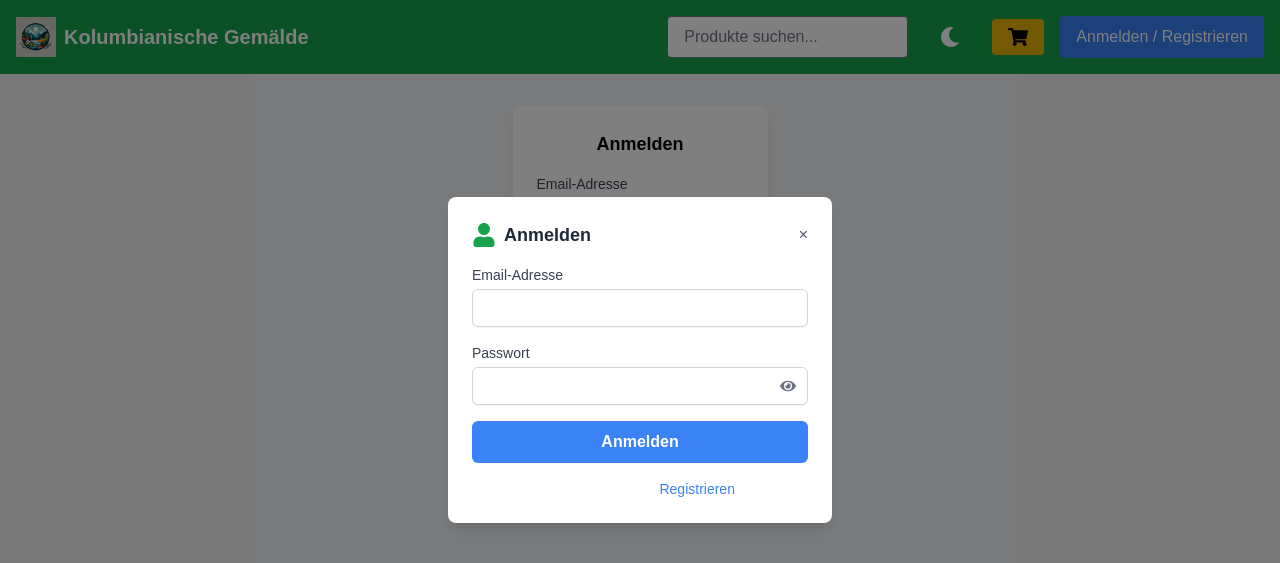
Repository: alixchaparrov/bilder-shop
Page: /, after clicking the first element matching `button.bg-blue-500`
These files come from the project's save history. The page is drawn as it stood at one moment and after the next save; the edit follows.
The browser window is 1280 px wide. The pictures show the whole page.
The page's requests for data from a server got no answer. The project was rebuilt for these pictures with package versions that can differ from the ones it lists, and the page was loaded fresh each time. The framework's server and built-in components were replaced by stand-ins that run in the browser. No one was signed in, and anything a server would have sent is missing. Also part of the build but not shown: next.config.ts, src/store/cartStore.ts, src/app/components/ProductCard.tsx.

Above is the page before, as saved 2025-01-06 17:29:57.

### src/app/layout.tsx
"use client";

import "./globals.css";
import { AuthProvider } from "../context/AuthContext";

export default function RootLayout({
  children,
}: {
  children: React.ReactNode;
}) {
  return (
    <html lang="de">
      <head>
        <title>Kolumbianische Gemälde</title>
        <meta
          name="description"
          content="Galerie von kolumbianischen Landschaftsgemälden. Entdecken Sie die Schönheit Kolumbiens durch unsere einzigartigen Kunstwerke."
        />
        <meta
          name="keywords"
          content="Kolumbianische Kunst, Landschaftsgemälde, Gemälde kaufen"
        />
        <link rel="icon" href="/favicon.ico" />
      </head>
      <body>
        <AuthProvider>
          {children}
        </AuthProvider>
      </body>
    </html>
  );
}

### src/app/page.tsx
"use client";

import { useState, useEffect } from "react";
import client from "@/lib/sanity";
import ProductCard from "@/app/components/ProductCard";
import Navbar from "@/app/components/Navbar";
import { useCartStore } from "@/store/cartStore";
import { useAuth } from "../context/AuthContext";

export default function Home() {
  const [searchQuery, setSearchQuery] = useState(""); // Estado para la búsqueda
  const [darkMode, setDarkMode] = useState(false); // Estado para modo oscuro
  const [products, setProducts] = useState([]); // Estado para los productos
  const { user, login, register } = useAuth(); // Contexto de autenticación
  const [currentPage, setCurrentPage] = useState(1); // Estado para la paginación
  const itemsPerPage = 6; // Número de productos por página
  const [email, setEmail] = useState("");
  const [password, setPassword] = useState("");
  const [error, setError] = useState<string | null>(null);

  useEffect(() => {
    const fetchProducts = async () => {
      try {
        const fetchedProducts = await client.fetch(`*[_type == "product"]`);
        setProducts(fetchedProducts);
      } catch (err) {
        console.error("Error al cargar productos:", err);
      }
    };

    fetchProducts();
  }, []);

  const handleLogin = async (e: React.FormEvent) => {
    e.preventDefault();
    setError(null);
    try {
      await login(email, password);
    } catch (err: any) {
      setError(err.message || "Error al iniciar sesión.");
    }
  };

  const filteredProducts = products.filter((product) =>
    product.name.toLowerCase().includes(searchQuery.toLowerCase())
  );

  const totalPages = Math.ceil(filteredProducts.length / itemsPerPage);

  const displayedProducts = filteredProducts.slice(
    (currentPage - 1) * itemsPerPage,
    currentPage * itemsPerPage
  );

  if (!user) {
    // Mostrar formulario de inicio de sesión
    return (
      <div
        className={`min-h-screen flex flex-col ${
          darkMode ? "bg-gray-900 text-white" : "bg-gray-100 text-black"
        }`}
      >
        <Navbar
          searchQuery={searchQuery}
          setSearchQuery={setSearchQuery}
          toggleDarkMode={() => setDarkMode(!darkMode)}
          darkMode={darkMode}
        />
        <main className="flex-grow pt-24 p-4 sm:p-8 max-w-7xl mx-auto">
          <div className="bg-white rounded-lg shadow-lg p-6 w-full max-w-sm mx-auto">
            <h2 className="text-lg font-semibold text-center mb-4">Anmelden</h2>
            {error && <p className="text-red-500 text-sm">{error}</p>}
            <form onSubmit={handleLogin} className="space-y-4">
              <div>
                <label htmlFor="email" className="block text-sm font-medium text-gray-700">
                  Email-Adresse
                </label>
                <input
                  id="email"
                  type="email"
                  placeholder="Email"
                  value={email}
                  onChange={(e) => setEmail(e.target.value)}
                  className="mt-1 block w-full rounded-md border-gray-300 shadow-sm focus:ring-blue-500 focus:border-blue-500 sm:text-sm"
                  required
                />
              </div>
              <div>
                <label htmlFor="password" className="block text-sm font-medium text-gray-700">
                  Passwort
                </label>
                <input
                  id="password"
                  type="password"
                  placeholder="Passwort"
                  value={password}
                  onChange={(e) => setPassword(e.target.value)}
                  className="mt-1 block w-full rounded-md border-gray-300 shadow-sm focus:ring-blue-500 focus:border-blue-500 sm:text-sm"
                  required
                />
              </div>
              <button
                type="submit"
                className="w-full bg-blue-500 hover:bg-blue-600 text-white font-semibold py-2 rounded-md focus:outline-none"
              >
                Anmelden
              </button>
            </form>
          </div>
        </main>
      </div>
    );
  }

  // Mostrar productos si el usuario está autenticado
  return (
    <div
      className={`min-h-screen flex flex-col ${
        darkMode ? "bg-gray-900 text-white" : "bg-gray-100 text-black"
      }`}
    >
      <Navbar
        searchQuery={searchQuery}
        setSearchQuery={setSearchQuery}
        toggleDarkMode={() => setDarkMode(!darkMode)}
        darkMode={darkMode}
      />
      <main className="flex-grow pt-24 p-4 sm:p-8 max-w-7xl mx-auto">
        <h2 className="text-2xl sm:text-3xl lg:text-4xl font-semibold text-center mb-6">
          Unsere Gemälde
        </h2>
        {filteredProducts.length > 0 ? (
          <div className="grid grid-cols-1 sm:grid-cols-2 lg:grid-cols-3 gap-6">
            {displayedProducts.map((product) => (
              <ProductCard key={product._id} product={product} />
            ))}
          </div>
        ) : (
          <p className="text-center text-gray-500">Keine Produkte gefunden.</p>
        )}

        <div className="flex justify-center items-center mt-8 space-x-4">
          <button
            className="bg-gray-300 px-4 py-2 rounded-lg"
            disabled={currentPage === 1}
            onClick={() => setCurrentPage(1)}
          >
            Inicio
          </button>
          <button
            className="bg-gray-300 px-4 py-2 rounded-lg"
            disabled={currentPage === 1}
            onClick={() => setCurrentPage(currentPage - 1)}
          >
            Anterior
          </button>
          <span>
            Página {currentPage} de {totalPages}
          </span>
          <button
            className="bg-gray-300 px-4 py-2 rounded-lg"
            disabled={currentPage === totalPages}
            onClick={() => setCurrentPage(currentPage + 1)}
          >
            Siguiente
          </button>
          <button
            className="bg-gray-300 px-4 py-2 rounded-lg"
            disabled={currentPage === totalPages}
            onClick={() => setCurrentPage(totalPages)}
          >
            Final
          </button>
        </div>
      </main>
    </div>
  );
}

### src/app/globals.css
@tailwind base;
@tailwind components;
@tailwind utilities;

/* Variables de color */
:root {
  --background: #ffffff; /* Fondo claro */
  --foreground: #000000; /* Texto oscuro */
  --primary: #00704A; /* Verde primario */
  --secondary: #FFB400; /* Amarillo vibrante */
  --accent: #D62828; /* Rojo cálido */
}

.dark {
  --background: #000000; /* Fondo oscuro */
  --foreground: #ffffff; /* Texto claro */
  --primary: #34D399; /* Verde más claro para fondo oscuro */
  --secondary: #FACC15; /* Amarillo claro para fondo oscuro */
  --accent: #EF4444; /* Rojo vibrante */
}

@media (prefers-color-scheme: dark) {
  :root {
    --background: #0a0a0a;
    --foreground: #ededed;
  }
}

/* Estilo general */
body {
  color: var(--foreground);
  background: var(--background);
  font-family: Arial, Helvetica, sans-serif;
  line-height: 1.6; /* Mejor legibilidad */
}

/* Espaciado adicional */
main {
  padding-top: 6rem; /* Más espacio debajo de la barra de navegación */
}

/* Botones */
.btn-primary {
  @apply px-4 py-2 font-bold rounded transition duration-300;
}

.btn-green {
  @apply bg-green-500 text-white px-4 py-2 rounded-lg hover:bg-green-600 active:scale-95 shadow-sm;
}

.btn-yellow {
  @apply bg-yellow-500 text-black px-4 py-2 rounded-lg hover:bg-yellow-600 active:scale-95 shadow-sm;
}

.btn-gray {
  @apply bg-gray-600 text-gray-400 opacity-50 cursor-not-allowed shadow-none px-4 py-2;
}

/* Botón del carrito */
.cart-button {
  @apply relative flex items-center justify-center p-2 rounded-full bg-yellow-500 hover:bg-yellow-600 transition-colors duration-300 shadow-md;
}

.cart-counter {
  @apply absolute -top-1 -right-1 bg-red-500 text-white rounded-full w-6 h-6 flex items-center justify-center text-sm font-bold shadow-lg;
}

/* Iconos */
.icon-cart {
  @apply flex items-center justify-center rounded-full p-2 shadow-md;
  background-color: var(--secondary);
  color: var(--foreground);
  transition: transform 0.3s;
}

.icon-cart:hover {
  @apply scale-105;
}

.icon-cart-badge {
  @apply absolute bg-red-500 text-white rounded-full flex items-center justify-center text-xs font-bold;
  width: 1.5rem;
  height: 1.5rem;
  top: -0.5rem;
  right: -0.5rem;
  box-shadow: 0 2px 4px rgba(0, 0, 0, 0.2);
}

/* Modal del carrito */
.modal-overlay {
  @apply fixed inset-0 bg-black bg-opacity-60 flex justify-center items-center z-50;
}

.modal-content {
  @apply bg-white text-black dark:bg-gray-800 dark:text-gray-200 p-6 rounded-lg shadow-lg max-w-lg w-full;
}

.modal-content .text-lg {
  font-size: 1.125rem;
}

.modal-content .text-xl {
  font-size: 1.25rem;
  font-weight: bold;
  color: var(--primary); /* Usa tu color principal */
}


.modal-header {
  @apply text-lg font-bold mb-4 text-center;
}

.modal-close {
  @apply mt-4 w-full bg-gray-800 text-white py-2 rounded hover:bg-gray-700 dark:bg-gray-600 dark:hover:bg-gray-500;
}

/* Estilo para las tarjetas */
.card {
  @apply bg-card shadow-card rounded-lg overflow-hidden flex flex-col transition-transform duration-300 hover:scale-105 hover:shadow-lg;
}

.card-title {
  @apply text-lg sm:text-xl font-serif font-bold;
}

.card-description {
  @apply text-sm sm:text-base text-gray-600;
}

.card-price {
  @apply text-lg font-semibold text-accent mt-2;
}

.cart-button {
  @apply relative flex items-center justify-center p-2 rounded-full bg-yellow-500 hover:bg-yellow-600 transition-colors duration-300 shadow-md;
}

.cart-counter {
  @apply absolute -top-1 -right-1 bg-red-500 text-white rounded-full w-6 h-6 flex items-center justify-center text-sm font-bold shadow-lg;
}

/* Estilo para inputs */
input[type="text"] {
  @apply px-4 py-2 rounded border focus:outline-none focus:ring-2 focus:ring-secondary;
  transition: box-shadow 0.3s;
  color: #000 !important;
}

/* Transiciones suaves */
button {
  transition: transform 0.3s ease, background-color 0.3s ease, color 0.3s ease;
}

button:hover {
  transform: translateY(-2px);
}

button:active {
  transform: scale(0.95);
}

/* Contenedor de las tarjetas */
.grid-container {
  @apply gap-8;
}


/* Ajustes específicos para el diseño */
.navbar {
  @apply bg-primary text-textLight fixed top-0 left-0 right-0 z-50 flex justify-between items-center p-4;
}

.navbar input {
  @apply bg-white border-gray-300 rounded px-4 py-2 focus:outline-none focus:ring-2 focus:ring-secondary;
}

.footer {
  @apply bg-gray-800 text-white text-center py-6;
}

.modal {
  position: fixed; /* Para que esté fijo en la pantalla */
  top: 50%; /* Centrar verticalmente */
  left: 50%; /* Centrar horizontalmente */
  transform: translate(-50%, -50%); /* Ajuste para centrar correctamente */
  z-index: 1000; /* Asegúrate de que esté encima de otros elementos */
  background-color: white; /* Fondo del modal */
  padding: 20px; /* Espaciado interno */
  border-radius: 10px; /* Bordes redondeados */
  box-shadow: 0 4px 6px rgba(0, 0, 0, 0.1); /* Sombra */
  width: 90%; /* Ajusta el ancho según lo que necesites */
  max-width: 400px; /* Ancho máximo */
}

.modal-overlay {
  position: fixed;
  top: 0;
  left: 0;
  width: 100%;
  height: 100%;
  background: rgba(0, 0, 0, 0.6); /* Fondo semitransparente */
  display: flex;
  justify-content: center;
  align-items: center;
  z-index: 999; /* Por encima de todo */
}

.modal-content {
  background: white;
  border-radius: 10px; /* Bordes redondeados */
  box-shadow: 0 4px 12px rgba(0, 0, 0, 0.15); /* Sombra */
  padding: 20px;
  width: 90%; /* Asegura que se adapte a pantallas pequeñas */
  max-width: 400px; /* Ancho máximo */
  animation: fadeIn 0.3s ease-in-out; /* Animación */
}


@keyframes fadeIn {
  from {
    opacity: 0;
    transform: scale(0.9);
  }
  to {
    opacity: 1;
    transform: scale(1);
  }
}

.modal-close {
  position: absolute;
  top: 10px;
  right: 10px;
  background: none;
  border: none;
  font-size: 1.5rem;
  cursor: pointer;
  color: #555;
  transition: color 0.2s;
}

.modal-close:hover {
  color: #000;
}

.link {
  display: block;
  text-align: center;
  margin-top: 10px; /* Espaciado superior opcional */
  font-size: 14px;
  color: #00704A;
  text-decoration: underline;
  cursor: pointer;
  transition: color 0.2s ease;
}

.link:hover {
  color: #005c3a;
}

.footer-link {
  display: block;
  text-align: center;
  margin-top: 1rem; /* Espaciado superior */
  width: 100%; /* Asegura que ocupe todo el ancho disponible */
}

### src/context/AuthContext.tsx
import { createContext, useContext, useState, ReactNode } from "react";

interface User {
  id: number;
  name: string;
  email: string;
  role: string;
}

interface AuthContextType {
  user: User | null;
  login: (email: string, password: string) => Promise<void>;
  register: (name: string, email: string, password: string) => Promise<void>;
  logout: () => void;
}

const AuthContext = createContext<AuthContextType | null>(null);

export const AuthProvider = ({ children }: { children: ReactNode }) => {
  const [user, setUser] = useState<User | null>(null);

  const login = async (email: string, password: string): Promise<void> => {
    try {
      const response = await fetch("/api/auth/nextauth", {
        method: "POST",
        headers: { "Content-Type": "application/json" },
        body: JSON.stringify({ email, password }),
      });

      if (!response.ok) {
        const error = await response.json();
        throw new Error(error.error);
      }

      const data = await response.json();
      setUser(data.user);
    } catch (error) {
      console.error("Error en login:", error);
      throw error;
    }
  };

  const register = async (
    name: string,
    email: string,
    password: string
  ): Promise<void> => {
    try {
      const response = await fetch("/api/register", {
        method: "POST",
        headers: { "Content-Type": "application/json" },
        body: JSON.stringify({ name, email, password }),
      });

      if (!response.ok) {
        const error = await response.json();
        throw new Error(error.error);
      }

      const data = await response.json();
      setUser(data.user); // Puedes decidir si autenticar automáticamente después del registro
    } catch (error) {
      console.error("Error en register:", error);
      throw error;
    }
  };

  const logout = (): void => {
    setUser(null);
    localStorage.removeItem("user"); // Si estás usando almacenamiento persistente
    window.location.href = "/";
  };

  return (
    <AuthContext.Provider value={{ user, login, register, logout }}>
      {children}
    </AuthContext.Provider>
  );
};

export const useAuth = () => {
  const context = useContext(AuthContext);
  if (!context) {
    throw new Error("useAuth debe ser utilizado dentro de un AuthProvider.");
  }
  return context;
};

### src/lib/sanity.ts
import { createClient } from "@sanity/client";
import imageUrlBuilder from "@sanity/image-url";

const client = createClient({
  projectId: process.env.SANITY_PROJECT_ID || "mo3mvugi",
  dataset: process.env.SANITY_DATASET || "production",
  apiVersion: "2023-01-01",
  useCdn: true,
  token: process.env.SANITY_WRITE_TOKEN,
});

const builder = imageUrlBuilder(client);

export const urlFor = (source) => builder.image(source);

export default client;

### src/app/components/Navbar.tsx
"use client";

import { useState, useEffect } from "react";
import { useRouter } from "next/navigation";
import { useAuth } from "../../context/AuthContext";
import { FaShoppingCart, FaMoon, FaSun } from "react-icons/fa";
import AuthModal from "../components/AuthModalContent";

export default function Navbar({
  searchQuery,
  setSearchQuery,
  toggleDarkMode,
  darkMode,
}: {
  searchQuery: string;
  setSearchQuery: (value: string) => void;
  toggleDarkMode: () => void;
  darkMode: boolean;
}) {
  const [isCartOpen, setIsCartOpen] = useState(false);
  const [isAuthModalOpen, setIsAuthModalOpen] = useState(false);
  const { user, logout } = useAuth();
  const router = useRouter();

  useEffect(() => {
    if (user?.role === "admin") {
      router.push("/admin/dashboard"); // Redirigir automáticamente al dashboard si es admin
    }
  }, [user, router]);

  return (
    <nav className="flex justify-between items-center p-4 bg-green-600 text-white">
      <div className="flex items-center">
        <img src="/images/logo.png" alt="Logo" className="h-10 w-10 mr-2" />
        <h1 className="text-xl font-bold">Kolumbianische Gemälde</h1>
      </div>

      <div className="flex items-center space-x-4">
        <input
          type="text"
          placeholder="Produkte suchen..."
          className="px-4 py-2 rounded-lg text-black"
          value={searchQuery}
          onChange={(e) => setSearchQuery(e.target.value)}
        />
        <button className="px-4 py-2 rounded-lg" onClick={toggleDarkMode}>
          {darkMode ? <FaSun size={20} /> : <FaMoon size={20} />}
        </button>

        <button
          className="relative flex items-center space-x-2 bg-yellow-500 hover:bg-yellow-600 text-black px-4 py-2 rounded"
          onClick={() => setIsCartOpen(true)}
        >
          <FaShoppingCart size={20} />
        </button>

        {user ? (
          <div className="flex items-center space-x-4">
            <span>Willkommen, {user.name}</span>
            {user.role === "admin" && (
              <button
                className="bg-blue-500 hover:bg-blue-600 text-white px-4 py-2 rounded"
                onClick={() => router.push("/admin/dashboard")}
              >
                Dashboard
              </button>
            )}
            <button
              onClick={logout}
              className="bg-red-500 hover:bg-red-600 text-white px-4 py-2 rounded"
            >
              Abmelden
            </button>
          </div>
        ) : (
          <button
            onClick={() => setIsAuthModalOpen(true)}
            className="bg-blue-500 hover:bg-blue-600 text-white px-4 py-2 rounded"
          >
            Anmelden / Registrieren
          </button>
        )}
      </div>

      {/* Render del Modal */}
      {isAuthModalOpen && (
        <AuthModal onClose={() => setIsAuthModalOpen(false)} />
      )}
    </nav>
  );
}

### src/app/components/AuthModalContent.tsx
"use client";

import { useState } from "react";
import { useAuth } from "../../context/AuthContext";
import { FaUser, FaEye, FaEyeSlash } from "react-icons/fa";

export default function AuthModal({ onClose }: { onClose: () => void }) {
  const { login, register } = useAuth();
  const [name, setName] = useState("");
  const [email, setEmail] = useState("");
  const [password, setPassword] = useState("");
  const [isRegistering, setIsRegistering] = useState(false);
  const [error, setError] = useState<string | null>(null);
  const [showPassword, setShowPassword] = useState(false);
  const [loading, setLoading] = useState(false);

  const handleSubmit = async (e: React.FormEvent) => {
    e.preventDefault();
    setError(null);
    setLoading(true);
    try {
      if (isRegistering) {
        await register(name, email, password);
        alert("Registrierung erfolgreich");
      } else {
        await login(email, password);
        alert("Anmeldung erfolgreich");
      }
      onClose();
    } catch (err: any) {
      setError(err.message || "Ein Fehler ist aufgetreten.");
    } finally {
      setLoading(false);
    }
  };

  return (
    <div
      className="fixed inset-0 flex items-center justify-center bg-black bg-opacity-50 z-50"
      onClick={onClose}
    >
      <div
        className="bg-white rounded-lg shadow-lg p-6 w-full max-w-sm"
        onClick={(e) => e.stopPropagation()}
      >
        {/* Header */}
        <div className="flex items-center justify-between mb-4">
          <div className="flex items-center space-x-2">
            <FaUser size={24} className="text-green-600" />
            <h2 className="text-lg font-semibold text-gray-800">
              {isRegistering ? "Registrieren" : "Anmelden"}
            </h2>
          </div>
          <button
            onClick={onClose}
            className="text-gray-600 hover:text-gray-800 focus:outline-none"
          >
            &times;
          </button>
        </div>

        {/* Form */}
        <form onSubmit={handleSubmit} className="space-y-4">
          {error && <p className="text-red-500 text-sm">{error}</p>}
          {isRegistering && (
            <div>
              <label
                htmlFor="name"
                className="block text-sm font-medium text-gray-700"
              >
                Benutzername
              </label>
              <input
                id="name"
                type="text"
                value={name}
                onChange={(e) => setName(e.target.value)}
                className="mt-1 block w-full rounded-md border-gray-300 shadow-sm focus:ring-blue-500 focus:border-blue-500 sm:text-sm text-black"
                required
              />
            </div>
          )}
          <div>
            <label
              htmlFor="email"
              className="block text-sm font-medium text-gray-700"
            >
              Email-Adresse
            </label>
            <input
              id="email"
              type="email"
              value={email}
              onChange={(e) => setEmail(e.target.value)}
              className="mt-1 block w-full rounded-md border-gray-300 shadow-sm focus:ring-blue-500 focus:border-blue-500 sm:text-sm text-black"
              required
            />
          </div>
          <div>
            <label
              htmlFor="password"
              className="block text-sm font-medium text-gray-700"
            >
              Passwort
            </label>
            <div className="relative">
              <input
                id="password"
                type={showPassword ? "text" : "password"}
                value={password}
                onChange={(e) => setPassword(e.target.value)}
                className="mt-1 block w-full rounded-md border-gray-300 shadow-sm focus:ring-blue-500 focus:border-blue-500 sm:text-sm text-black"
                required
              />
              <button
                type="button"
                onClick={() => setShowPassword(!showPassword)}
                className="absolute inset-y-0 right-0 flex items-center px-3 text-gray-500 focus:outline-none"
              >
                {showPassword ? <FaEyeSlash /> : <FaEye />}
              </button>
            </div>
          </div>
          <button
            type="submit"
            disabled={loading}
            className="w-full bg-blue-500 hover:bg-blue-600 text-white font-semibold py-2 rounded-md focus:outline-none"
          >
            {loading
              ? "Bitte warten..."
              : isRegistering
              ? "Registrieren"
              : "Anmelden"}
          </button>
        </form>


{/* Footer */}
<div className="flex flex-col items-center mt-4 w-full">
  {isRegistering ? (
    <p className="text-sm text-center w-full">
      Haben Sie ein Konto?{" "}
      <button
        type="button"
        onClick={() => setIsRegistering(false)}
        className="text-blue-500 hover:underline focus:outline-none"
      >
        Anmelden
      </button>
    </p>
  ) : (
    <p className="text-sm text-center w-full">
      Noch kein Konto?{" "}
      <button
        type="button"
        onClick={() => setIsRegistering(true)}
        className="text-blue-500 hover:underline focus:outline-none"
      >
        Registrieren
      </button>
    </p>
  )}
</div>



      </div>
    </div>
  );
}

### tailwind.config.ts
import type { Config } from "tailwindcss";

const config: Config = {
  content: [
    "./src/**/*.{js,ts,jsx,tsx}",
    "./src/pages/**/*.{js,ts,jsx,tsx}",
    "./src/components/**/*.{js,ts,jsx,tsx}",
    "./src/app/**/*.{js,ts,jsx,tsx}",
  ],
  theme: {
    extend: {
      colors: {
        primary: "#00704A",
        secondary: "#FFB400",
        accent: "#D62828",
        background: "#F3F4F6",
        card: "#FFFFFF",
        textDark: "#1B1B1B",
        textLight: "#FAFAFA",
      },
      fontFamily: {
        sans: ["Poppins", "sans-serif"],
        serif: ["Merriweather", "serif"],
      },
      boxShadow: {
        card: "0 4px 6px rgba(0, 0, 0, 0.1)",
      },
    },
  },
  darkMode: "class",
  plugins: [require("@tailwindcss/forms")],
};

export default config;

After the next save:
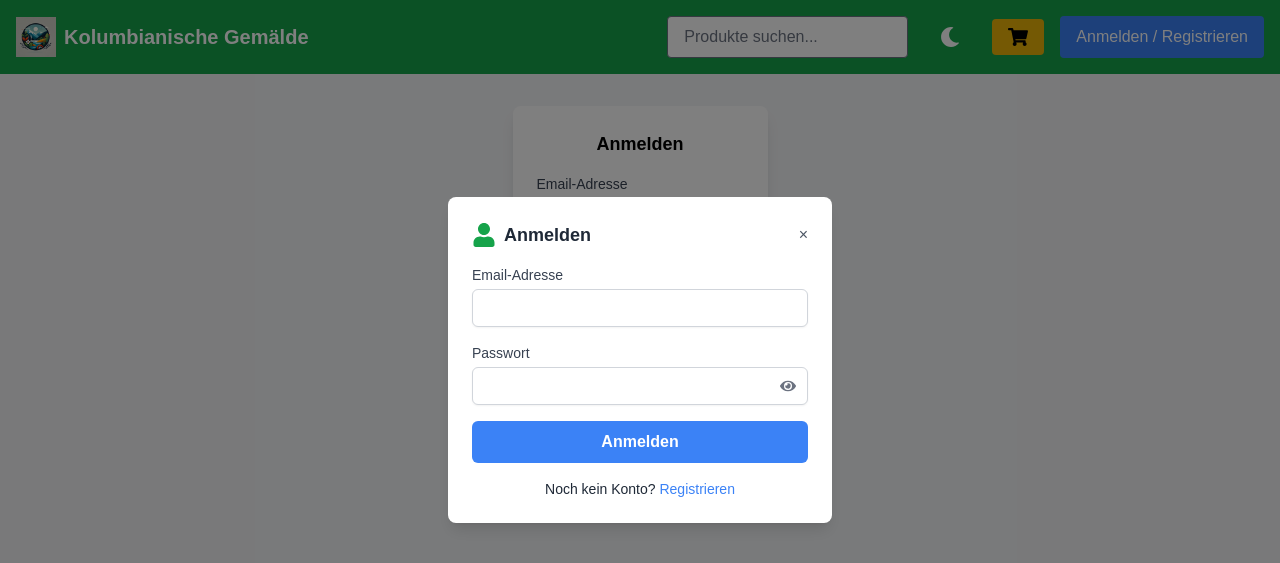
Saved 86 s later.
--- a/src/app/components/AuthModalContent.tsx
+++ b/src/app/components/AuthModalContent.tsx
@@ -138,7 +138,7 @@ export default function AuthModal({ onClose }: { onClose: () => void }) {
 {/* Footer */}
 <div className="flex flex-col items-center mt-4 w-full">
   {isRegistering ? (
-    <p className="text-sm text-center w-full">
+    <p className="text-sm text-gray-800 text-center w-full">
       Haben Sie ein Konto?{" "}
       <button
         type="button"
@@ -149,7 +149,7 @@ export default function AuthModal({ onClose }: { onClose: () => void }) {
       </button>
     </p>
   ) : (
-    <p className="text-sm text-center w-full">
+    <p className="text-sm text-gray-800 text-center w-full">
       Noch kein Konto?{" "}
       <button
         type="button"
@@ -164,6 +164,7 @@ export default function AuthModal({ onClose }: { onClose: () => void }) {
 
 
 
+
       </div>
     </div>
   );
